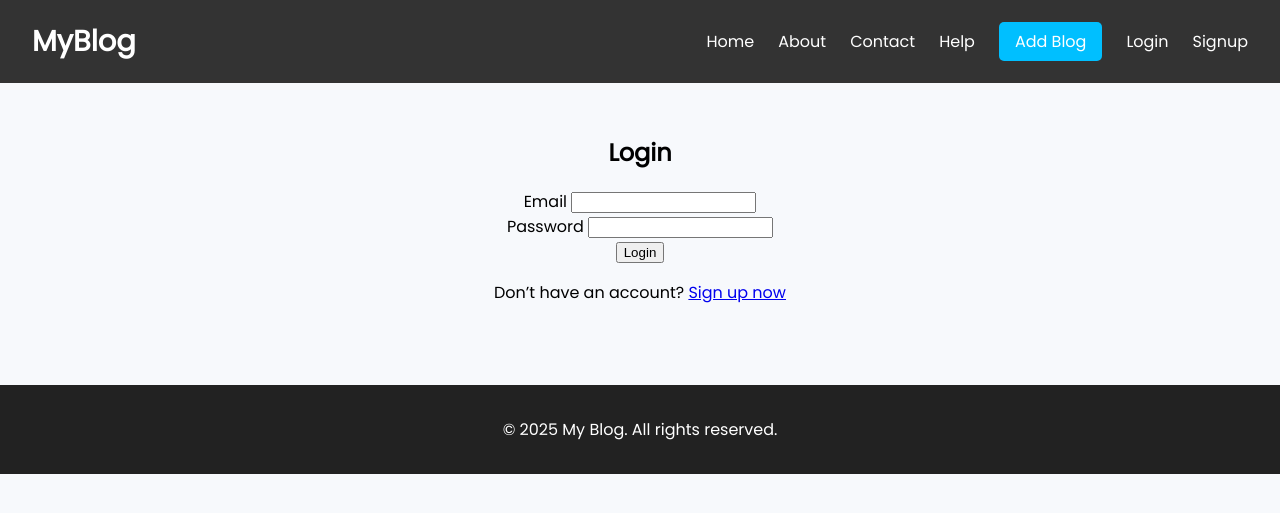
Repository: ankitg-02/FLASK
Page: http://localhost/login
The author's editor kept a copy of each file at every save. The page is drawn from the files as they stood at one save, then again after the next save.
The browser window is 1280 px wide. The pictures show the whole page.
The page is served by the project's application, run on Flask 3 (app.py).

Above is the page before, as saved 2025-05-19 16:28:18.

After the next save:
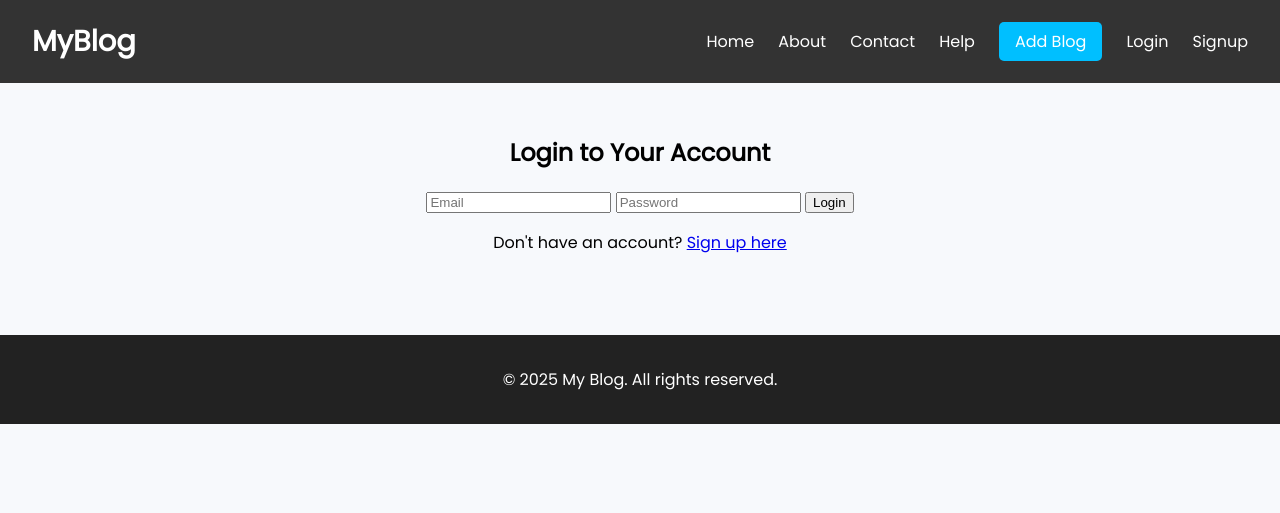
Saved 18 s later.
--- a/Project2/templates/login.html
+++ b/Project2/templates/login.html
@@ -1,18 +1,14 @@
-{% extends "base.html" %} {% block title %}Login | My Blog{% endblock %} {%
-block content %}
-<h2 class="text-center">Login</h2>
-<form method="POST" action="{{ url_for('login') }}">
-  <div class="mb-3">
-    <label class="form-label">Email</label>
-    <input type="email" name="email" class="form-control" required />
-  </div>
-  <div class="mb-3">
-    <label class="form-label">Password</label>
-    <input type="password" name="password" class="form-control" required />
-  </div>
-  <button type="submit" class="btn btn-primary w-100">Login</button>
-</form>
-<p class="text-center mt-3">
-  Don’t have an account? <a href="{{ url_for('signup') }}">Sign up now</a>
-</p>
+{% extends 'base.html' %} {% block title %}Login{% endblock %} {% block content
+%}
+<div class="form-container">
+  <h2>Login to Your Account</h2>
+  <form method="POST">
+    <input type="email" name="email" placeholder="Email" required />
+    <input type="password" name="password" placeholder="Password" required />
+    <button type="submit" class="form-button">Login</button>
+  </form>
+  <p>
+    Don't have an account? <a href="{{ url_for('signup') }}">Sign up here</a>
+  </p>
+</div>
 {% endblock %}
